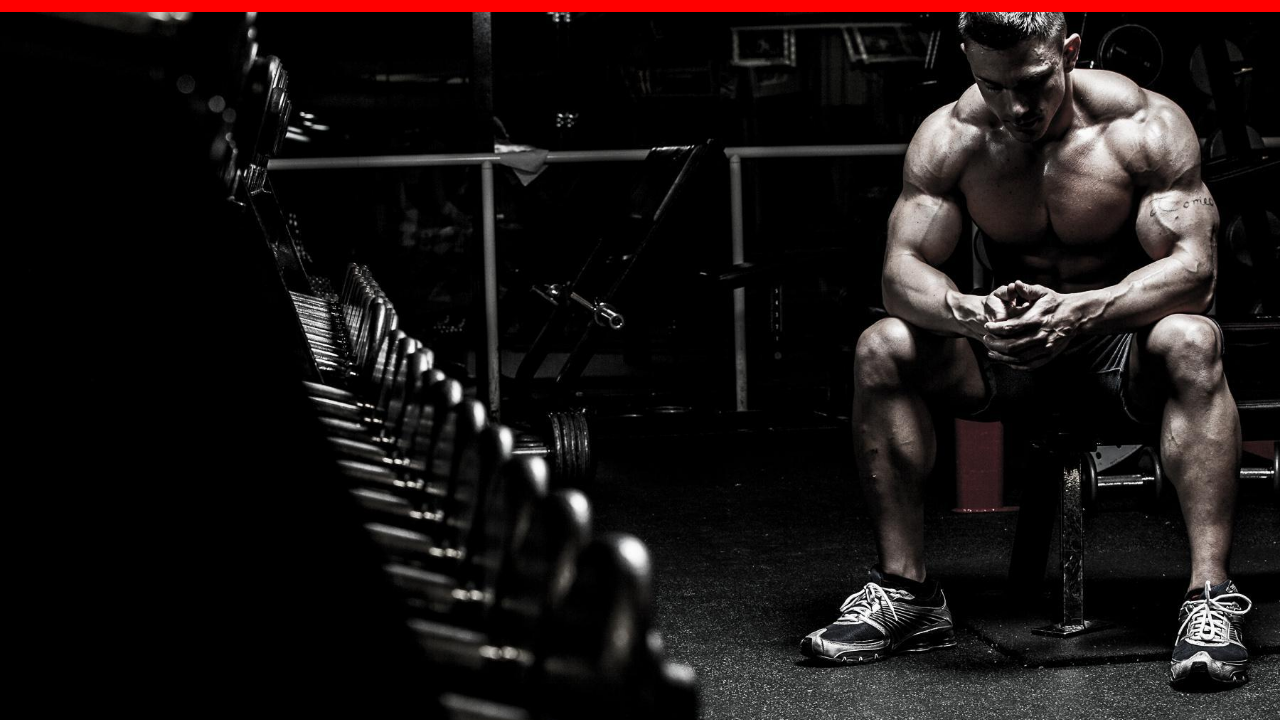
Repository: asthaasquare/project-1
Page: project-1/index.html
An editor plug-in stored every save of this project. The page is shown before and after the next save, followed by the edit.
The browser window is 1280 px wide. The pictures show the whole page.

Above is the page before, as saved 2024-05-09 10:07:30.

After the next save:
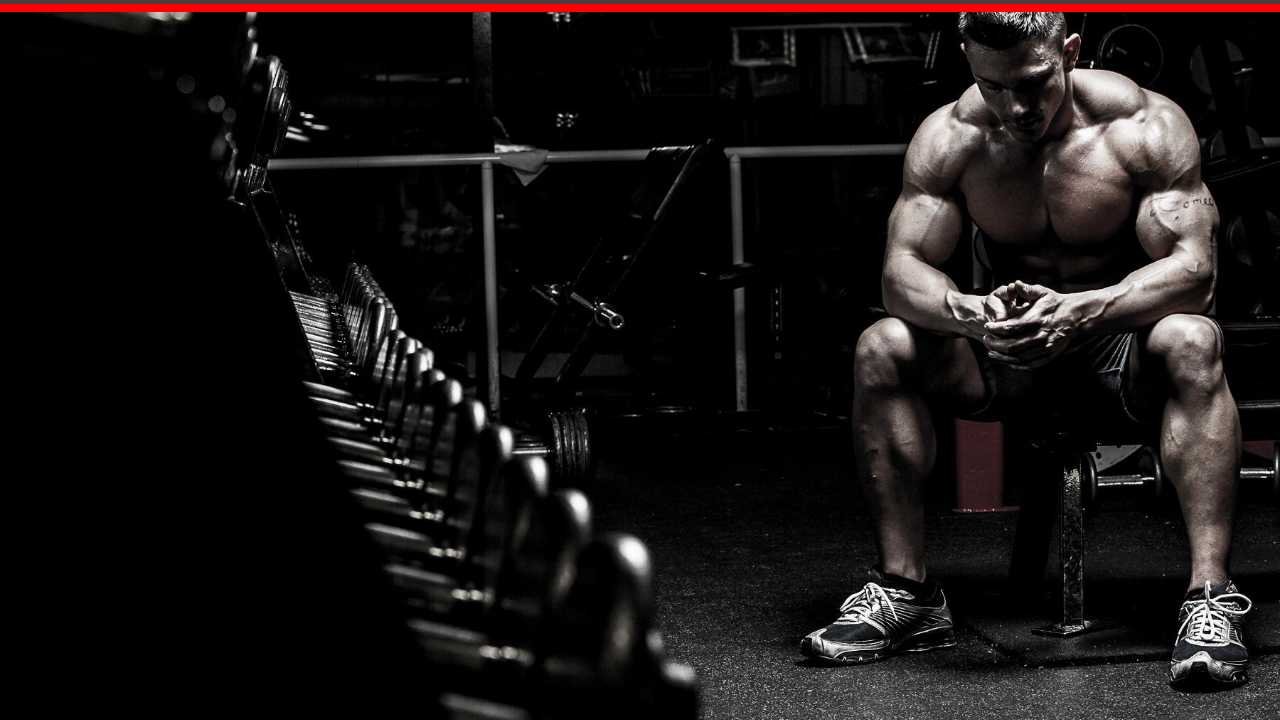
Saved 10 s later.
--- a/project-1/index.html
+++ b/project-1/index.html
@@ -15,7 +15,7 @@
       }
 
       .left {
-        border: 2px double red;
+        border: 2px double rgb(75, 62, 62);
       }
 
       .mid {
